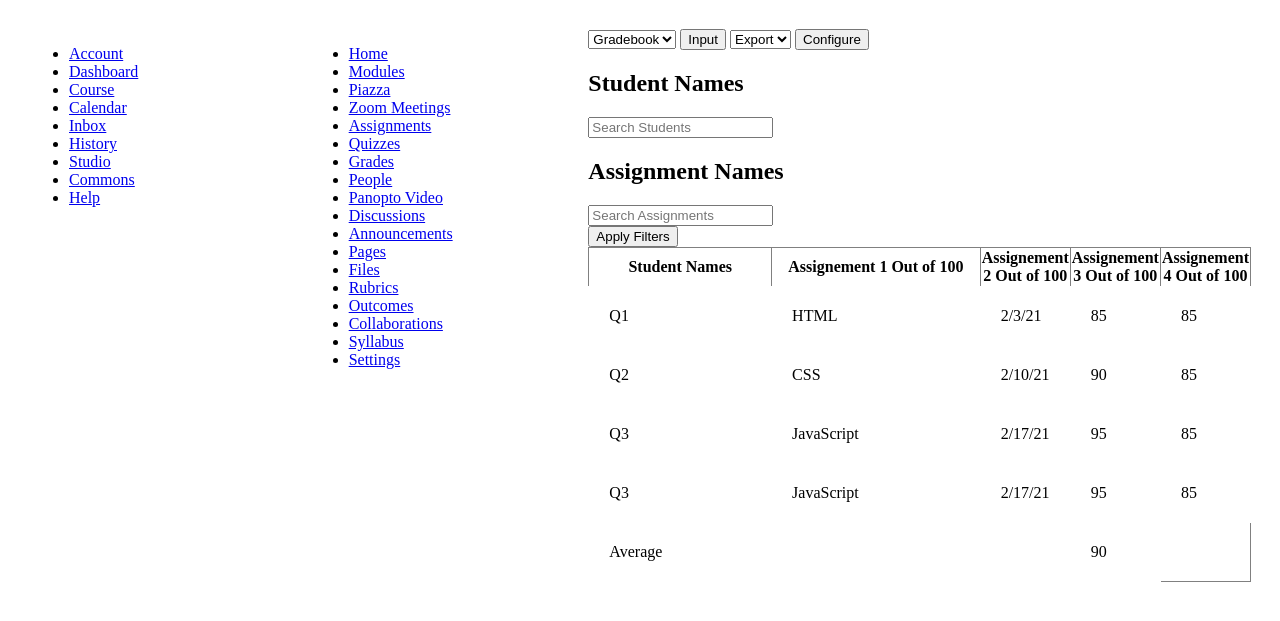
Repository: yuqiant/kanbas-react-web-app
Page: public/kanbas/grades.html
These files come from the project's save history. The page is drawn as it stood at one moment and after the next save; the edit follows.
The browser window is 1280 px wide. The pictures show the whole page.

Above is the page before, as saved 2023-09-12 00:55:48.

### public/kanbas/grades.html
<!DOCTYPE html>
<html lang="en">

<head>
    <meta charset="UTF-8">
    <meta name="viewport" content="width=device-width, initial-scale=1.0">
    <title>Column Interaction</title>
    <style>
        table {
            width: 100%;
            border-collapse: collapse;
        }

        td {
            width: 50%;
            border: 1px solid transparent;
            padding: 20px;
            vertical-align: top;
        }
    </style>
</head>

<body>
    <table>
        <tr>
            <td id="firstColumn" style="width: 150px;">
                <ul>
                    <li><a href="#">Account</a></li>
                    <li><a href="#">Dashboard</a></li>
                    <li><a href="#" onclick="showSecondColumn()">Course</a></li>
                    <li><a href="#">Calendar</a></li>
                    <li><a href="#">Inbox</a></li>
                    <li><a href="#">History</a></li>
                    <li><a href="#">Studio</a></li>
                    <li><a href="#">Commons</a></li>
                    <li><a href="#">Help</a></li>
                </ul>
            </td>
            <td id="secondColumn" style="width: 150px;">
                <ul>
                    <li><a href="#" onclick="showThirdColumn()">Home</a></li>
                    <li><a href="#">Modules</a></li>
                    <li><a href="#">Piazza</a></li>
                    <li><a href="#">Zoom Meetings</a></li>
                    <li><a href="#">Assignments</a></li>
                    <li><a href="#">Quizzes</a></li>
                    <li><a href="#">Grades</a></li>
                    <li><a href="#">People</a></li>
                    <li><a href="#">Panopto Video</a></li>
                    <li><a href="#">Discussions</a></li>
                    <li><a href="#">Announcements</a></li>
                    <li><a href="#">Pages</a></li>
                    <li><a href="#">Files</a></li>
                    <li><a href="#">Rubrics</a></li>
                    <li><a href="#">Outcomes</a></li>
                    <li><a href="#">Collaborations</a></li>
                    <li><a href="#">Syllabus</a></li>
                    <li><a href="#">Settings</a></li>
                </ul>
            </td>
            <td id="thirdColumn" style="width: 250px;">
                <select id="select-one">
                    <option value="ALL">Gradebook</option>

                </select>
                <button type="button">Input</button>

                <select id="select-one">
                    <option value="ALL">Export</option>

                </select>
                <button type="button">Configure</button>

                <h2>Student Names</h2>
                <form id="text-fields">
                    <input id="text-fields-username" placeholder="Search Students" /><br />
                </form>

                <h2>Assignment Names</h2>
                <form id="text-fields">
                    <input id="text-fields-username" placeholder="Search Assignments" /><br />
                </form>

                <button type="button">Apply Filters</button>


                <table border="1" width="100%">
                    <thead>
                        <tr>
                            <th>Student Names</th>
                            <th>Assignement 1 Out of 100</th>
                            <th>Assignement 2 Out of 100</th>
                            <th>Assignement 3 Out of 100</th>
                            <th>Assignement 4 Out of 100</th>
                        </tr>
                    </thead>
                    <tbody>
                        <tr>
                            <td>Q1</td>
                            <td>HTML</td>
                            <td>2/3/21</td>
                            <td>85</td>
                            <td>85</td>
                        </tr>
                        <tr>
                            <td>Q2</td>
                            <td>CSS</td>
                            <td>2/10/21</td>
                            <td>90</td>
                            <td>85</td>
                        </tr>
                        <tr>
                            <td>Q3</td>
                            <td>JavaScript</td>
                            <td>2/17/21</td>
                            <td>95</td>
                            <td>85</td>
                        </tr>
                        <tr>
                            <td>Q3</td>
                            <td>JavaScript</td>
                            <td>2/17/21</td>
                            <td>95</td>
                            <td>85</td>
                        </tr>
                    </tbody>
                    <tfoot>
                        <tr>
                            <td colspan="3">Average</td>
                            <td>90</td>
                        </tr>
                    </tfoot>
                </table>




            </td>

        </tr>
    </table>

</body>

</html>

After the next save:
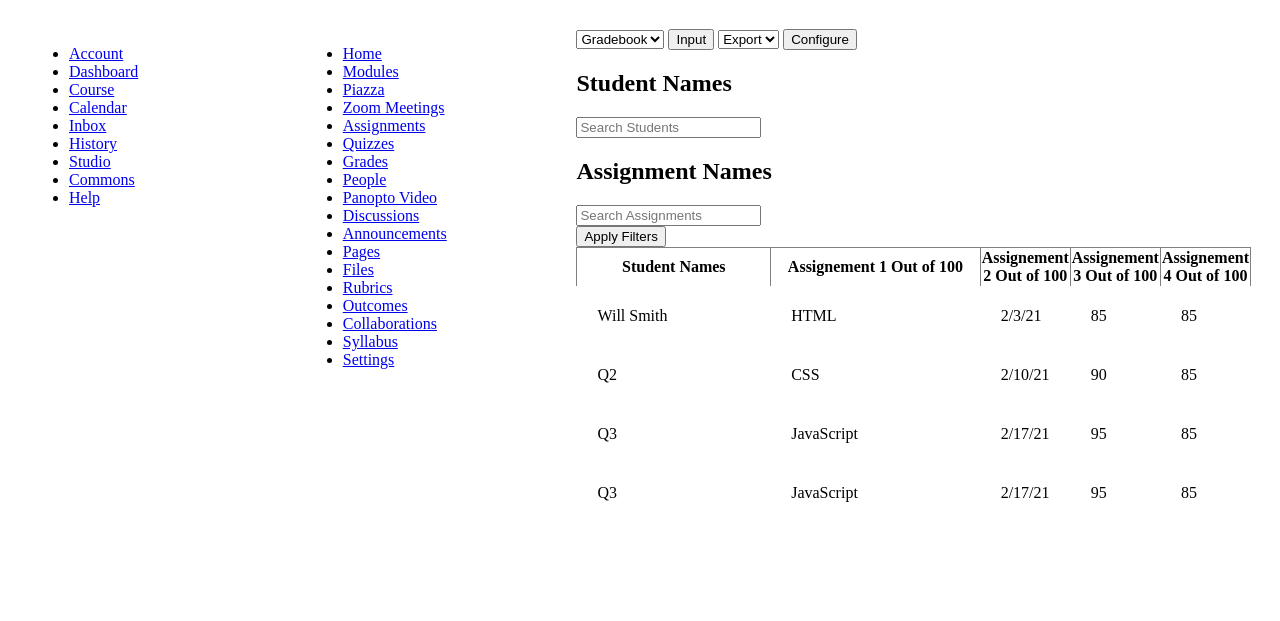
Saved 23 s later.
--- a/public/kanbas/grades.html
+++ b/public/kanbas/grades.html
@@ -96,7 +96,7 @@
                     </thead>
                     <tbody>
                         <tr>
-                            <td>Q1</td>
+                            <td>Will Smith</td>
                             <td>HTML</td>
                             <td>2/3/21</td>
                             <td>85</td>
@@ -124,12 +124,7 @@
                             <td>85</td>
                         </tr>
                     </tbody>
-                    <tfoot>
-                        <tr>
-                            <td colspan="3">Average</td>
-                            <td>90</td>
-                        </tr>
-                    </tfoot>
+
                 </table>
 
 
